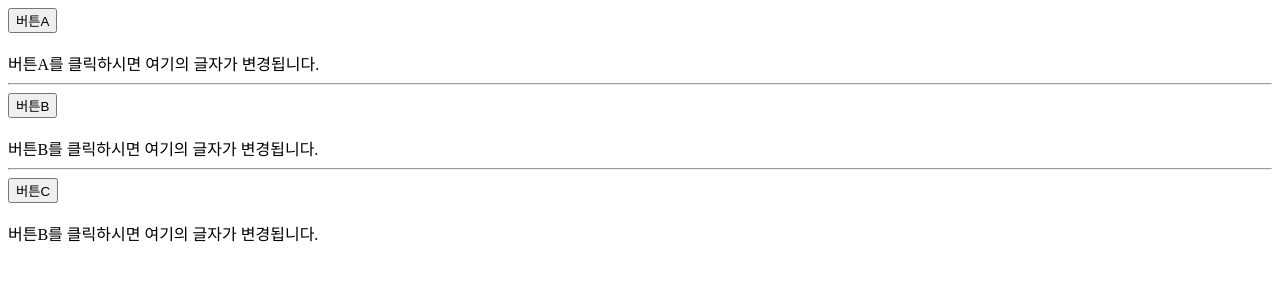
Repository: l3asic/TeamC
Page: 09.jQuery/WebContent/jq03.html
An editor plug-in stored every save of this project. The page is shown before and after the next save, followed by the edit.
The browser window is 1280 px wide. The pictures show the whole page.
After loading, the first visible `#btn3` was clicked once.

Above is the page before, as saved 2021-12-08 06:49:34.

### 09.jQuery/WebContent/jq03.html
<!DOCTYPE html>
<html>
<head>
<meta charset="UTF-8">
<title>jQuery03</title>

<script type="text/javascript" src="https://code.jquery.com/jquery-3.6.0.min.js"></script>
<script type="text/javascript" src="jquery/jquery-3.6.0.js"></script>
<script type="text/javascript">
$(document).ready(function(){
	$("#btn1").on("click", function(){
		$("#display1").empty();
		$("#display1").append("안녕하세요^^");
	});	//on()

	$("#btn2").click(function(){
		$("#display2").html("반갑습니다^^");
	});	//click()
});	//ready()

function fnClick(){
	var msg = document.getElementById("display3").value;
	alert(msg);
	//document.getElementById("display3").value = "어서오세요^^";
}
</script>

</head>
<body>
<button id="btn1">버튼A</button>
<br/><br/>
<div id="display1">
버튼A를 클릭하시면 여기의 글자가 변경됩니다.
</div>

<hr>

<button id="btn2">버튼B</button>
<br/><br/>
<div id="display2">
버튼B를 클릭하시면 여기의 글자가 변경됩니다.
</div>

<hr>

<button id="btn3" onclick="fnClick()">버튼C</button>
<br/><br/>
<div id="display3">
버튼B를 클릭하시면 여기의 글자가 변경됩니다.
</div>
</body>
</html>

Loaded but not shown: 09.jQuery/WebContent/jquery/jquery-3.6.0.js (library)

After the next save:
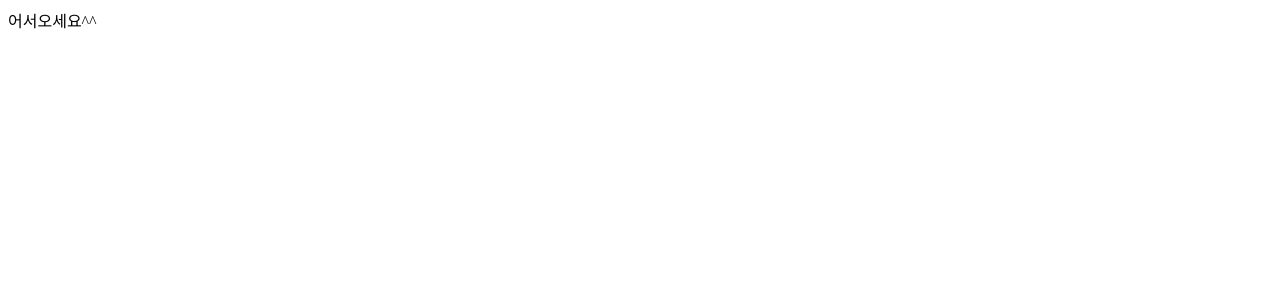
Saved 85 s later.
--- a/09.jQuery/WebContent/jq03.html
+++ b/09.jQuery/WebContent/jq03.html
@@ -19,8 +19,9 @@
 });	//ready()
 
 function fnClick(){
-	var msg = document.getElementById("display3").value;
-	alert(msg);
+	document.write("어서오세요^^");
+	//var msg = document.getElementById("display3").value;
+	//alert(msg);
 	//document.getElementById("display3").value = "어서오세요^^";
 }
 </script>

After the save that followed:
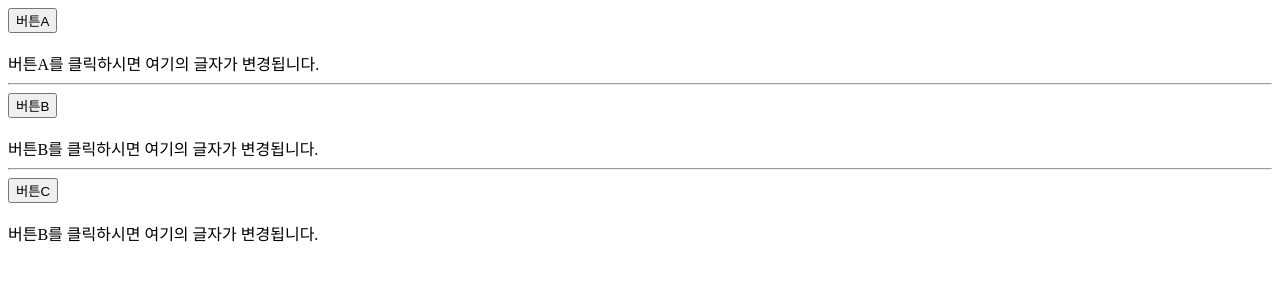
Console error: TypeError: document.getElementById(...).write is not a function
Saved 37 s later.
--- a/09.jQuery/WebContent/jq03.html
+++ b/09.jQuery/WebContent/jq03.html
@@ -19,7 +19,7 @@
 });	//ready()
 
 function fnClick(){
-	document.write("어서오세요^^");
+	document.getElementById("display3").write("어서오세요^^");
 	//var msg = document.getElementById("display3").value;
 	//alert(msg);
 	//document.getElementById("display3").value = "어서오세요^^";
